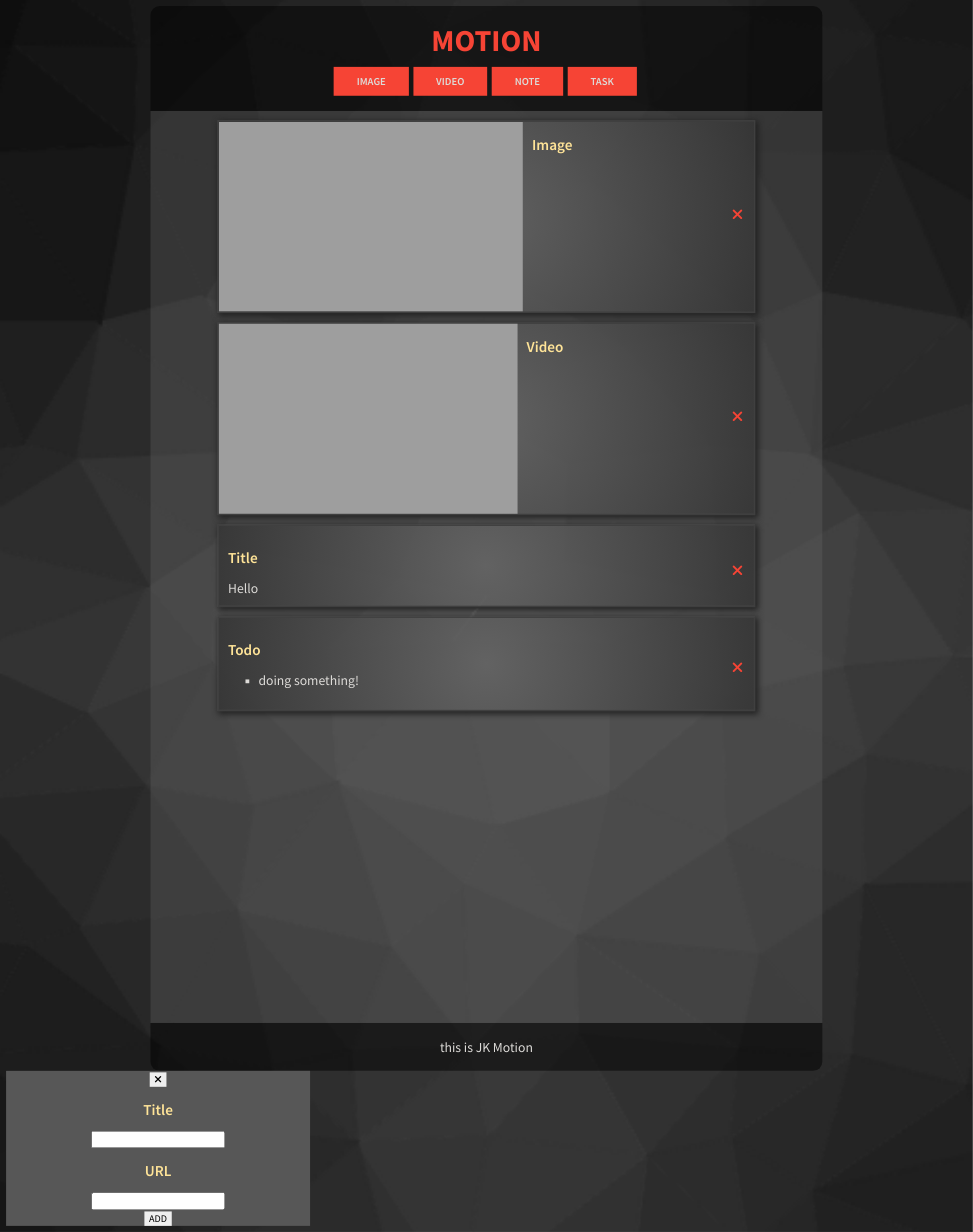
Repository: keehoonjung/Motion-project
Page: index.html
The author's editor kept a copy of each file at every save. The page is drawn from the files as they stood at one save, then again after the next save.
The browser window is 1280 px wide. The pictures show the whole page, at 76% of full size.
Pictures or frames that could not be fetched are drawn as grey boxes. Some web libraries are served in a nearby version.

Above is the page before, as saved 2021-08-23 16:44:04.

### index.html
<!DOCTYPE html>
<html lang="en">
  <head>
    <meta charset="UTF-8" />
    <meta http-equiv="X-UA-Compatible" content="IE=edge" />
    <meta name="viewport" content="width=device-width, initial-scale=1.0" />
    <script src="main.js" defer></script>
    <link rel="stylesheet" href="style.css" />
    <script
      src="https://kit.fontawesome.com/a7a8d59961.js"
      crossorigin="anonymous"
    ></script>
    <link rel="preconnect" href="https://fonts.googleapis.com" />
    <link rel="preconnect" href="https://fonts.gstatic.com" crossorigin />
    <link
      href="https://fonts.googleapis.com/css2?family=Source+Sans+Pro:wght@400;600;700&display=swap"
      rel="stylesheet"
    />
    <title>MOTION</title>
  </head>
  <body>
    <section class="container">
      <header class="head">
        <h1 class="logo">MOTION</h1>
        <nav class="head__menu">
          <button class="menu__btn">IMAGE</button>
          <button class="menu__btn">VIDEO</button>
          <button class="menu__btn">NOTE</button>
          <button class="menu__btn">TASK</button>
        </nav>
      </header>
      <section class="mainlist">
        <div class="mainlist__item">
          <img src="https://picsum.photos/400/250" alt="random__img" />
          <h2 class="mainlist__title">Image</h2>
          <button class="mainlist__deletebtn">
            <i class="fas fa-times"></i>
          </button>
        </div>
        <div class="mainlist__item">
          <iframe
            width="400"
            height="250"
            src="https://www.youtube.com/embed/tvFjaz8dYn0"
            title="YouTube video player"
            frameborder="0"
            allow="accelerometer; autoplay; clipboard-write; encrypted-media; gyroscope; picture-in-picture"
            allowfullscreen
          ></iframe>
          <h2 class="mainlist__title">Video</h2>
          <button class="mainlist__deletebtn">
            <i class="fas fa-times"></i>
          </button>
        </div>
        <div class="mainlist__text">
          <h2 class="mainlist__text__title">Title</h2>
          <span> Hello </span>
          <button class="mainlist__deletebtn">
            <i class="fas fa-times"></i>
          </button>
        </div>
        <div class="mainlist__text">
          <h2 class="mainlist__text__title">Todo</h2>
          <ul class="todo__items">
            <li class="todo__item">
              <span>doing something!</span>
            </li>
          </ul>
          <button class="mainlist__deletebtn">
            <i class="fas fa-times"></i>
          </button>
        </div>

          </div>
      </section>
      <footer class="footer">
        <span>this is JK Motion<span>
      </footer>
    </section>
    <section class="popup">
      <button class="popup__exitbtn">
        <i class="fas fa-times"> </i>
      </button>
      <div class="pupup__title">
        <h2>Title</h2>
        <input type="text" class="popup__title__input" />
      </div>
      <div class="popup__url">
        <h2>URL</h2>
        <input type="text" class="popup__url__input" />
      </div>
      <button class="popup__addbtn">ADD</button>
    </section>
  </body>
</html>

### build/main.js
"use strict";
const mainMenu = document.querySelector(".head__menu");
const popup = document.querySelector(".popup");
const darkcontainer = document.querySelector(".darkcontainer");
const body = document.querySelector("body");
const mainlist = document.querySelector(".mainlist");
const urlInput = document.querySelector(".popup__item__input");
const titleInput = document.querySelector(".popup__title__input");
mainMenu === null || mainMenu === void 0 ? void 0 : mainMenu.addEventListener("click", (event) => {
    const target = event.target;
    const name = target.dataset.name;
    popup === null || popup === void 0 ? void 0 : popup.classList.add("visible");
    darkcontainer === null || darkcontainer === void 0 ? void 0 : darkcontainer.classList.add("visible");
    popup === null || popup === void 0 ? void 0 : popup.setAttribute("data-name", name);
});
popup === null || popup === void 0 ? void 0 : popup.addEventListener("click", (event) => {
    const target = event.target;
    const name = popup.dataset.name;
    if ((target === null || target === void 0 ? void 0 : target.classList.value) == "fas fa-times") {
        exitPopup();
    }
    else if ((target === null || target === void 0 ? void 0 : target.classList.value) === "popup__addbtn") {
        switch (name) {
            case "image":
                createImageItem(titleInput === null || titleInput === void 0 ? void 0 : titleInput.value, urlInput === null || urlInput === void 0 ? void 0 : urlInput.value);
                break;
            case "video":
                createVideoItem(titleInput === null || titleInput === void 0 ? void 0 : titleInput.value, urlInput === null || urlInput === void 0 ? void 0 : urlInput.value);
                break;
            case "note":
                createNoteItem(titleInput === null || titleInput === void 0 ? void 0 : titleInput.value, urlInput === null || urlInput === void 0 ? void 0 : urlInput.value);
                break;
            case "todo":
                createTodoItem(titleInput === null || titleInput === void 0 ? void 0 : titleInput.value, urlInput === null || urlInput === void 0 ? void 0 : urlInput.value);
                break;
        }
        titleInput.value = "";
        urlInput.value = "";
        exitPopup();
    }
});
mainlist === null || mainlist === void 0 ? void 0 : mainlist.addEventListener("click", (event) => {
    const target = event.target;
    deleteItem(target);
});
function createImageItem(title, url) {
    const item = document.createElement("div");
    item.setAttribute("class", "mainlist__item");
    item.innerHTML = `
  <img src=${url} alt="random__img" />
  <h2 class="mainlist__title">${title}</h2>
  <button class="mainlist__deletebtn">
    <i class="fas fa-times"></i>
  </button>
  `;
    mainlist === null || mainlist === void 0 ? void 0 : mainlist.appendChild(item);
}
function createVideoItem(title, url) {
    const item = document.createElement("div");
    item.setAttribute("class", "mainlist__item");
    item.innerHTML = `
  <iframe
  width="400"
  height="250"
  src=${url}
  title="YouTube video player"
  frameborder="0"
  allow="accelerometer; autoplay; clipboard-write; encrypted-media; gyroscope; picture-in-picture"
  allowfullscreen
></iframe>
<h2 class="mainlist__title">${title}</h2>
<button class="mainlist__deletebtn">
  <i class="fas fa-times"></i>
</button>
    `;
    mainlist === null || mainlist === void 0 ? void 0 : mainlist.appendChild(item);
}
function createNoteItem(title, text) {
    const item = document.createElement("div");
    item.setAttribute("class", "mainlist__text");
    item.innerHTML = `
  <h2 class="mainlist__text__title">${title}</h2>
  <span> ${text} </span>
  <button class="mainlist__deletebtn">
    <i class="fas fa-times"></i>
  </button>
    `;
    mainlist === null || mainlist === void 0 ? void 0 : mainlist.appendChild(item);
}
function createTodoItem(title, text) {
    const item = document.createElement("div");
    item.setAttribute("class", "mainlist__text");
    item.innerHTML = `
    <h2 class="mainlist__text__title">${title}</h2>
    <ul class="todo__items">
      <li class="todo__item">
        <span>${text}</span>
      </li>
    </ul>
    <button class="mainlist__deletebtn">
      <i class="fas fa-times"></i>
    </button>
      `;
    mainlist === null || mainlist === void 0 ? void 0 : mainlist.appendChild(item);
}
function exitPopup() {
    darkcontainer === null || darkcontainer === void 0 ? void 0 : darkcontainer.classList.remove("visible");
    popup === null || popup === void 0 ? void 0 : popup.classList.remove("visible");
    popup === null || popup === void 0 ? void 0 : popup.removeAttribute("data-name");
}
function deleteItem(target) {
    if ((target === null || target === void 0 ? void 0 : target.classList.value) == "fas fa-times") {
        target.parentNode.parentNode.remove();
    }
}

### style.css
:root {
  --bg-main-color: #00000080;
  --bg-accent-color: #2d2d2d;
  --accent-color: #f64435;
  --text-accent-color: #ffe498;
  --text-edit-bg-color: #575757;
  --border-color: #3f3f3f;
  --shadow-color: #202020;
  --document-bg-color: #68686850;
  --component-bg-gradient: radial-gradient(
    circle,
    #646464e6 0%,
    #363636e6 100%
  );
  --smokywhite: #dddbd8;
  --black: #000000;
  --translucent-black: #00000099;

  /* size */
  --title-size: 40px;
  --menu-size: 14px;
  --semi-bold: 600;
  --delete-btn: 20px;
  --margin-item: 12px;
  --item-title: 20px;
  --item-padding: 12px;
  --border-radius: 12px;
}

* {
  font-family: "Source Sans Pro", sans-serif;
  box-sizing: border-box;
}

body {
  background: center/cover no-repeat url("./img/background.png");
  text-align: center;
}

h1 {
  font-size: var(--title-size);
}

h2 {
  font-size: var(--item-title);
  font-weight: var(--semi-bold);
  color: var(--text-accent-color);
}

span {
  color: var(--smokywhite);
  font-size: 18px;
}

ul {
  list-style: none;
}

button {
  border: none;
  outline: none;
}

.container {
  width: 70%;
  margin: auto;
  border-radius: var(--border-radius);
}

.head {
  background-color: var(--bg-main-color);
  padding: 20px 0;
  border-top-left-radius: var(--border-radius);
  border-top-right-radius: var(--border-radius);
}

.logo {
  margin: 0;
  color: var(--accent-color);
}

.head__menu {
  margin-top: 10px;
}

.menu__btn {
  background-color: var(--accent-color);
  color: var(--smokywhite);
  padding: 10px 30px;
  font-size: var(--menu-size);
  font-weight: var(--semi-bold);
  margin-right: 3px;
}

.mainlist {
  background-color: var(--document-bg-color);
  overflow-y: scroll;
  height: 1200px;
}

.mainlist__item {
  position: relative;
  border: 2px solid var(--border-color);
  background-color: var(--text-edit-bg-color);
  background: var(--component-bg-gradient);
  width: 80%;
  margin: auto;
  display: flex;
  margin-top: var(--margin-item);
  box-shadow: 3px 3px 8px 2px var(--shadow-color);
}

.mainlist__title {
  width: 45%;
  text-align: left;
  padding-left: var(--margin-item);
}

.mainlist__deletebtn {
  background: none;
  position: absolute;
  right: 8px;
  top: 43%;
  color: var(--accent-color);
  font-size: var(--delete-btn);
}

.mainlist__text {
  position: relative;
  border: 2px solid var(--border-color);
  background-color: var(--text-edit-bg-color);
  background: var(--component-bg-gradient);
  width: 80%;
  margin: auto;
  margin-top: var(--margin-item);
  text-align: left;
  padding: var(--margin-item);
  box-shadow: 3px 3px 8px 2px var(--shadow-color);
}

.todo__item {
  list-style: square;
  color: var(--smokywhite);
}

.footer {
  background-color: var(--bg-main-color);
  padding: 20px 0;
  border-bottom-right-radius: var(--border-radius);
  border-bottom-left-radius: var(--border-radius);
}

.popup {
  width: 400px;
  background: var(--text-edit-bg-color);
}

After the next save:
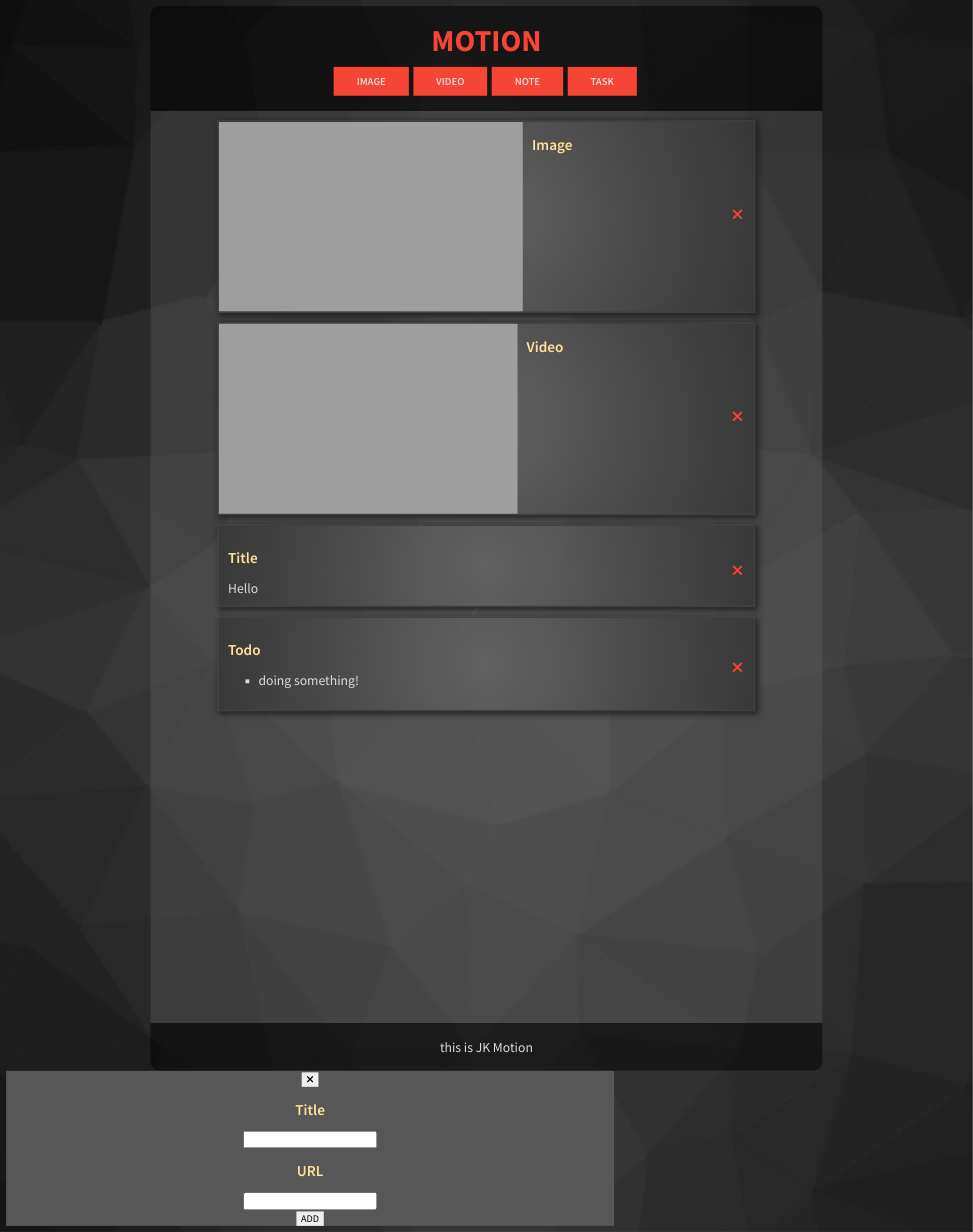
Saved 8 s later.
--- a/style.css
+++ b/style.css
@@ -151,6 +151,6 @@ button {
 }
 
 .popup {
-  width: 400px;
+  width: 800px;
   background: var(--text-edit-bg-color);
 }
